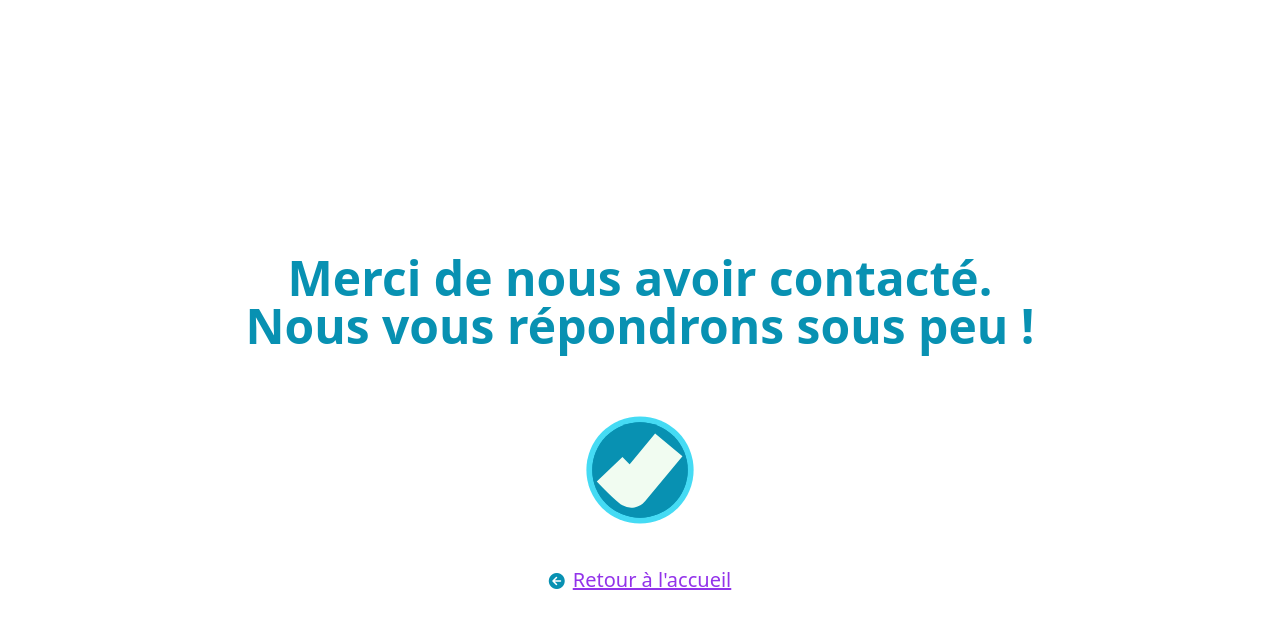
Repository: CarmenFerlatte/TP3__FerlatteCarmen
Page: confirmation.html
These files come from the project's save history. The page is drawn as it stood at one moment and after the next save; the edit follows.
The browser window is 1280 px wide. The pictures show the whole page.
Some web libraries are served in a nearby version. The style sheet was rebuilt from its Sass, Less or Tailwind sources for each picture, by a compiler version that may differ from the author's.

Above is the page before, as saved 2024-08-29 13:39:40.

After the next save:
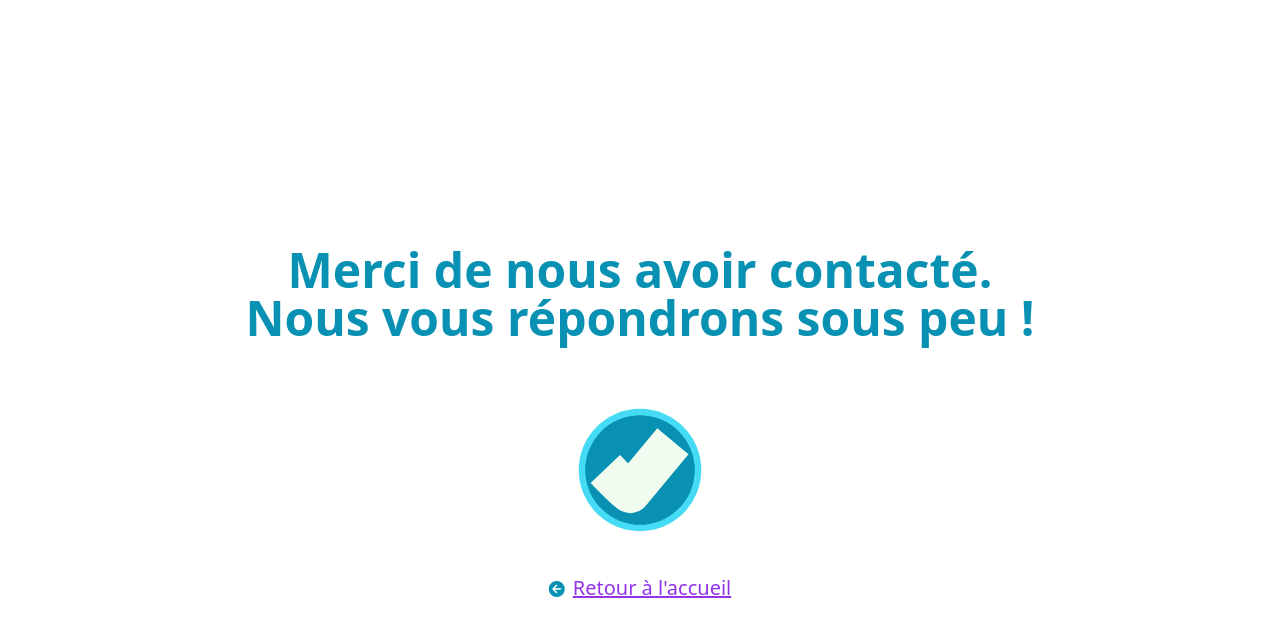
Saved 9 s later.
--- a/confirmation.html
+++ b/confirmation.html
@@ -25,7 +25,7 @@
                 <div class="col-12 text-center">
                     <h1 class="text-center text-3xl lg:text-4xl xl:text-5xl font-bold pt-32 pb-4 md:pb-16 text-cyan-600">Merci de nous avoir contacté.<br> Nous vous répondrons sous peu !</h1>
                     <div class="flex justify-center">
-                        <img class="w-28 mb-10" src="img/icons/confirmation.svg" alt="Illustration de confirmation">
+                        <img class="w-32 mb-10" src="img/icons/confirmation.svg" alt="Illustration de confirmation">
                     </div>
                     <i class="fa fa-arrow-circle-left pr-2 style-cyan" aria-hidden="true"></i><a class="cursor-pointer text-xl text-purple-600 underline hover:no-underline hover:text-pink-500" href="index.html" title="Retour à la page d'accueil">Retour à l'accueil</a>
                 </div>
